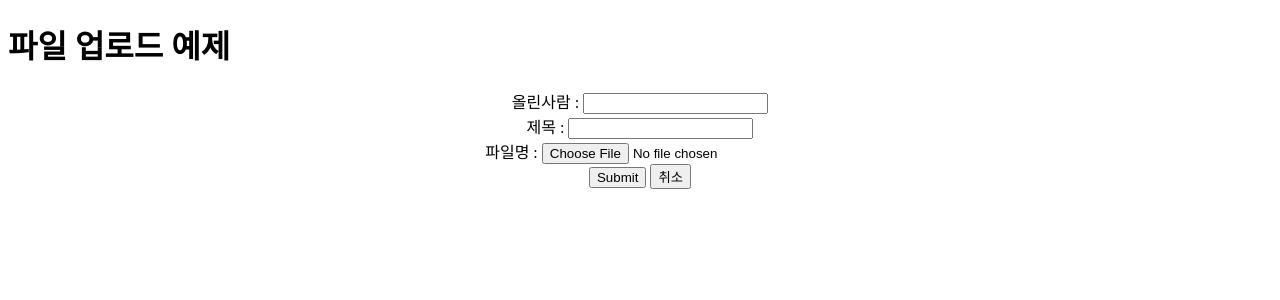
Repository: minkyung0421/jsp_travel_project
Page: http://localhost/Travel_Project/fileUploadForm.jsp
An editor plug-in stored every save of this project. The page is shown before and after the next save, followed by the edit.
The browser window is 1280 px wide. The pictures show the whole page.
The page is served by Tomcat 9.

Above is the page before, as saved 2018-08-20 00:07:45.

After the next save:
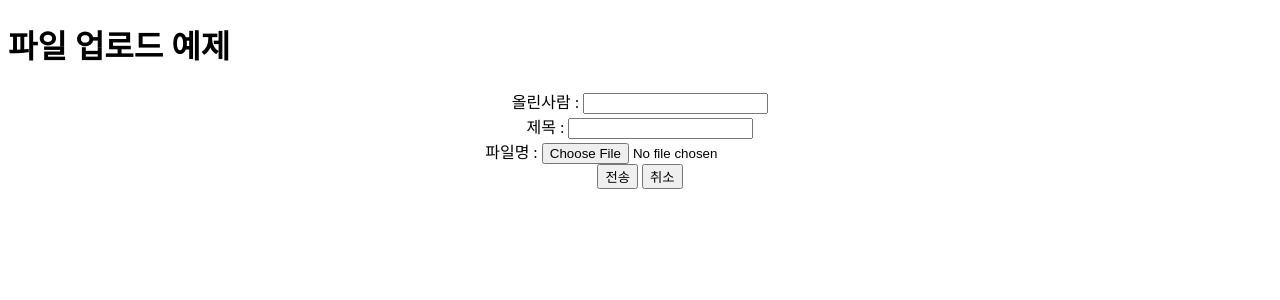
Saved 9 s later.
--- a/jsp_travel_project/Travel_Project/WebContent/fileUploadForm.jsp
+++ b/jsp_travel_project/Travel_Project/WebContent/fileUploadForm.jsp
@@ -14,7 +14,7 @@
 		올린사람 : <input type= "text" name = "name"><br>
 		제목   : <input type = "text" name = "subject"><br>
 		파일명 : <input type = "file" name = "fileName1"><br>
-		<input type = "submit" name = "fileName1">
+		<input type = "submit" value = "전송">
 		<input type = "reset" value = "취소">
 	</form>
 </center>
